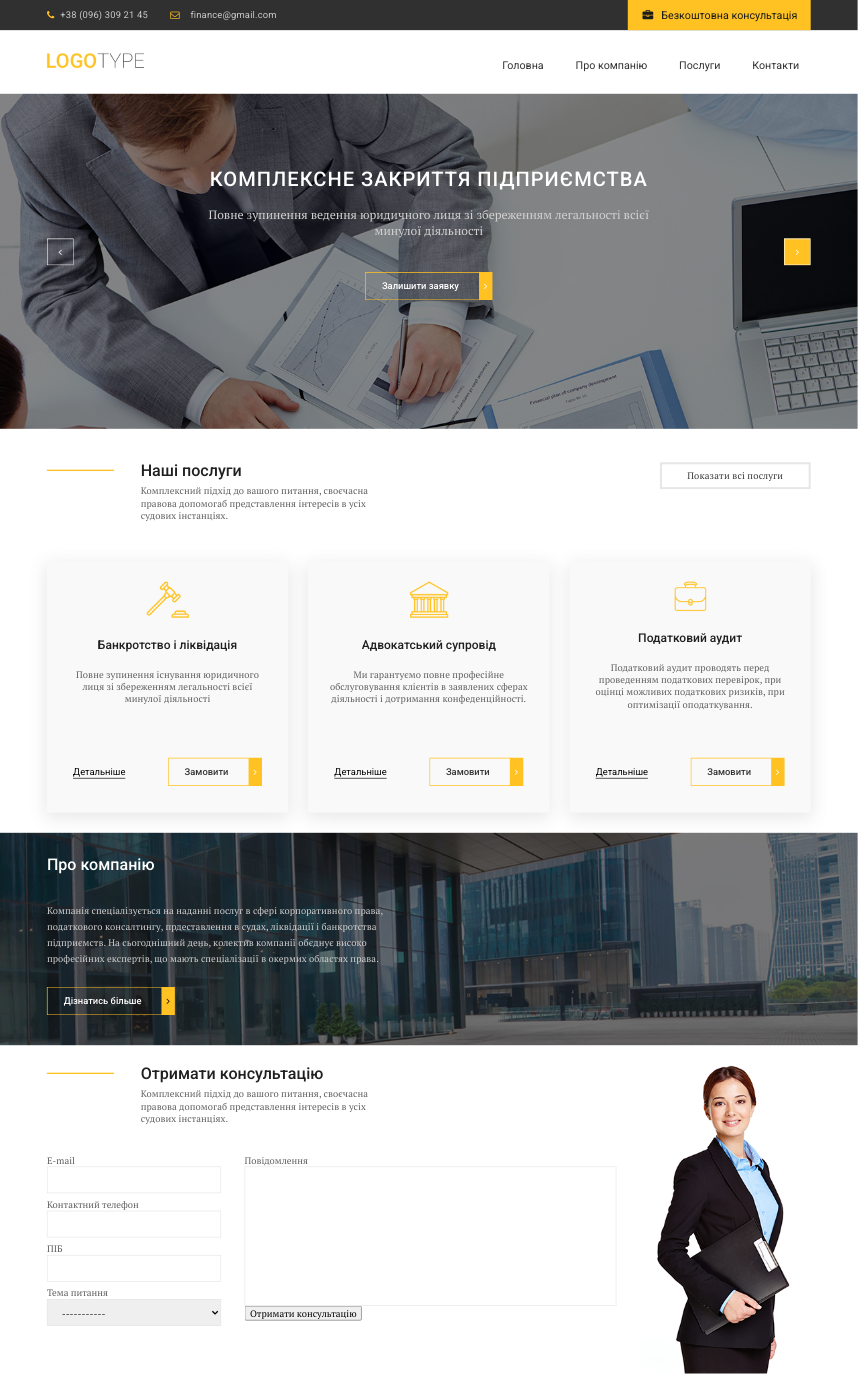
Repository: oliachipko/companysait
Page: index.html
These files come from the project's save history. The page is drawn as it stood at one moment and after the next save; the edit follows.
The browser window is 1280 px wide. The pictures show the whole page, at 67% of full size.

Above is the page before, as saved 2020-11-20 04:19:05.

After the next save:
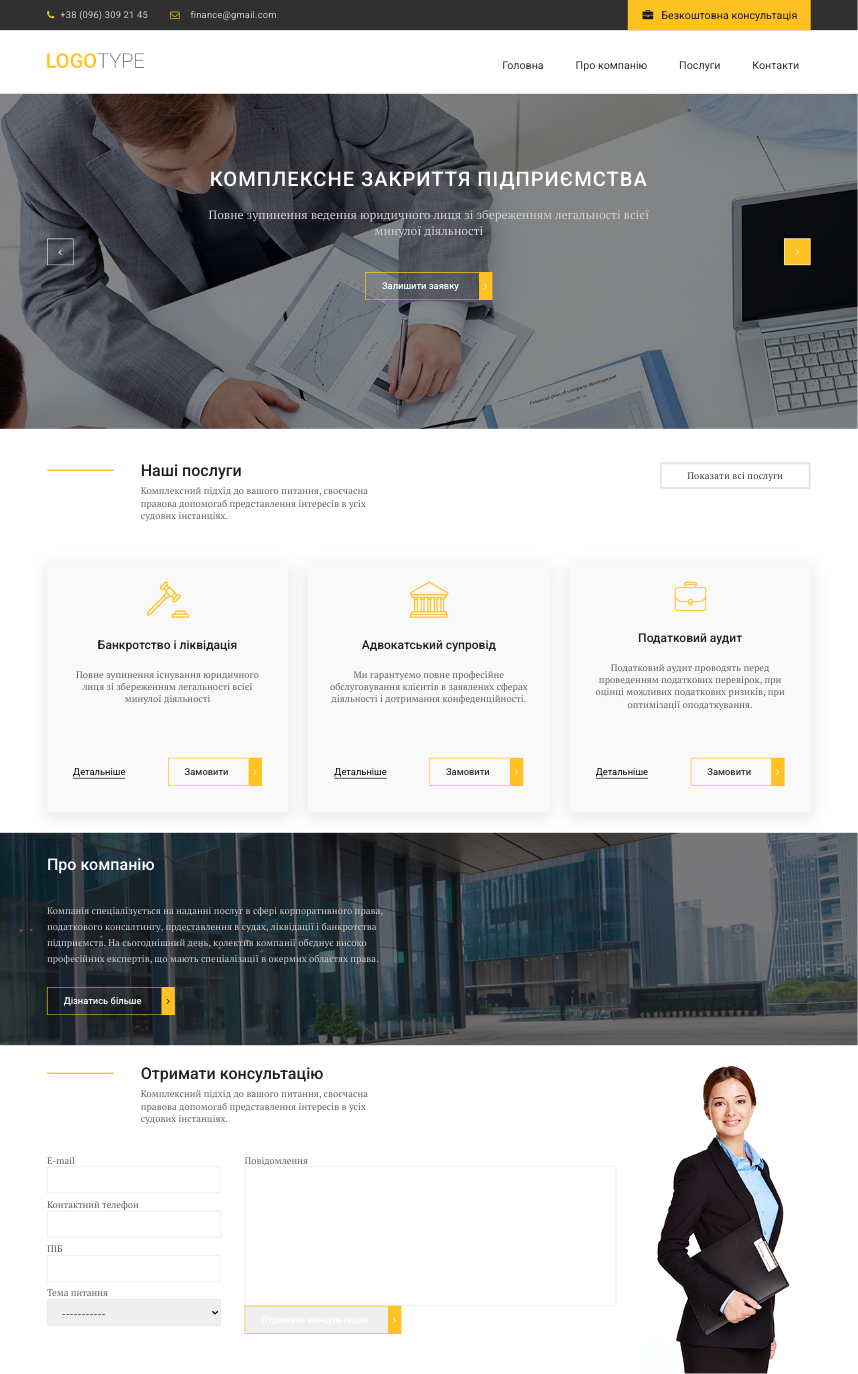
Saved 13 s later.
--- a/index.html
+++ b/index.html
@@ -223,7 +223,7 @@
                     Повідомлення
                     <textarea></textarea>
                   </label>
-                  <button class="" type="submit">Отримати консультацію</button>
+                  <button class="default-btn" type="submit">Отримати консультацію</button>
                 </div>
               </div>
             </form>
